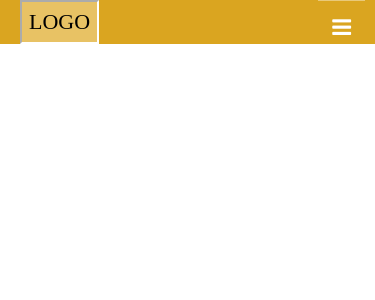
Repository: albayrakfatih/Flex-Navbar
Page: navbar-w-flexbox.html
These files come from the project's save history. The page is drawn as it stood at one moment and after a run of saves; the edit follows.
The browser window is 375 px wide. The pictures show the whole page.

Above is the page before, as saved 2023-05-09 21:07:10.

### navbar-w-flexbox.html
<!DOCTYPE html>
<html lang="en">
<head>
    <meta charset="UTF-8">
    <meta http-equiv="X-UA-Compatible" content="IE=edge">
    <meta name="viewport" content="width=device-width, initial-scale=1.0">
    <link rel="stylesheet" href="styles.css">
    <link rel="stylesheet" href="https://cdnjs.cloudflare.com/ajax/libs/font-awesome/4.7.0/css/font-awesome.min.css">
    <title>Navbar With Flexbox</title>
</head>
<body>


    <nav id="navId" class="responsive">
        <a href="" class="logo">LOGO</a>
        <ul class="navigation">
            <li><a href="#">Home</a></li>
            <li><a href="#">About</a></li>
            <li><a href="#">Products</a></li>
            <li><a href="#">Contact</a></li>
            <li><a href="#" onclick="displayMenu()">
                <i class="fa fa-bars"></i>
            </a></li>

        </ul>
    </nav>


    <script>
        function displayMenu(){
            var link=document.getElementById("navId");
            link.classList.toggle("responsive");
        }
    </script>

</body>
</html>

### styles.css
*{
    padding: 0;
    margin: 0;
}

nav{
    display: flex;
    justify-content: space-between;
    background: goldenrod;
    padding: 0 20px;
}



nav a{
    align-self: center;
    text-decoration: none;
    font-size: 22px;
    color: #fff;
}

.navigation{
    list-style-type: none;
    display: flex;
}
.navigation a{
    display: block;
    padding: 14px;
    text-align: center;
}
.navigation a:hover{
    background:  #e8c264;
    border-radius: 20px;
}
.navigation li:last-child{
    display: none;
}

.logo{
    border: 2px inset #fff;
    padding:7px;
    background: #e8c264;
    color: black;
}


@media (max-width:570px){
    .logo{
        border: 2px inset #fff;
        padding:7px;
        background: #e8c264;
        color: black;
    }
    nav{
        flex-direction: column;
        position: relative;
    }
    nav a{
        padding: 14px;
    }

    .navigation{
        flex-direction: column;
    }
    .navigation a{
        border-top: 1px solid rgba(255,255,255,0.4);
        border-bottom: 1px solid rgba(0,0,0,0.1);
    }
    .navigation li:last-child{
        display: block;
        position: absolute;
        top: 0;
        right: 10px;
    }
    .responsive .navigation li:not(:last-child){
        display:none;
    }
    nav a{
        align-self: flex-start;
    }
    .navigation li:last-child a{
        border-bottom: none;
    }



}

After the next 4 saves:
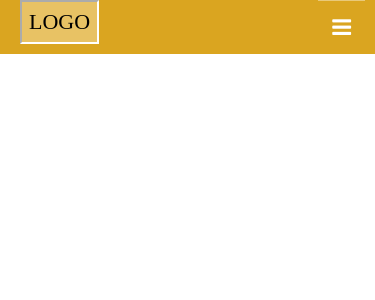
The 4 saves are shown as one change because they came seconds apart.
The last was saved 116 s later.
--- a/styles.css
+++ b/styles.css
@@ -54,6 +54,7 @@ nav a{
     nav{
         flex-direction: column;
         position: relative;
+        height: 53.6px;
     }
     nav a{
         padding: 14px;
